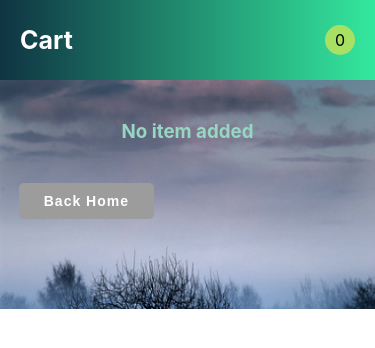
Repository: Yowani24/ecocarbon
Page: /cart
An editor plug-in stored every save of this project. The page is shown before and after the next save, followed by the edit.
The browser window is 375 px wide. The pictures show the whole page.
The project was rebuilt for these pictures with package versions that can differ from the ones it lists, and the page was loaded fresh each time. The framework's server and built-in components were replaced by stand-ins that run in the browser. Also part of the build but not shown: next.config.js.

Above is the page before, as saved 2021-09-28 04:05:19.

After the next save:
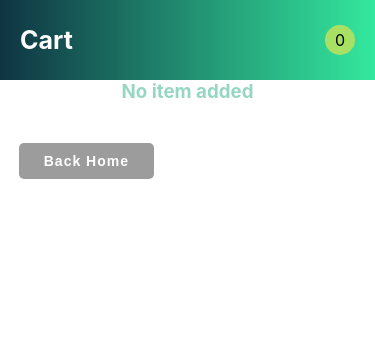
Saved 6 min 32 s later.
--- a/pages/cart/Cart.module.css
+++ b/pages/cart/Cart.module.css
@@ -134,11 +134,11 @@
 }
 @media (max-width: 415px){
     .cart_content{
-        padding: 40px 0;
+        /* padding: 40px 0;
         background-image: url(/public/bkg.png);
         background-repeat: no-repeat;
         background-position: center;
-        background-size: cover;
+        background-size: cover; */
     }
     .boxes{
         margin-top: 0px;
